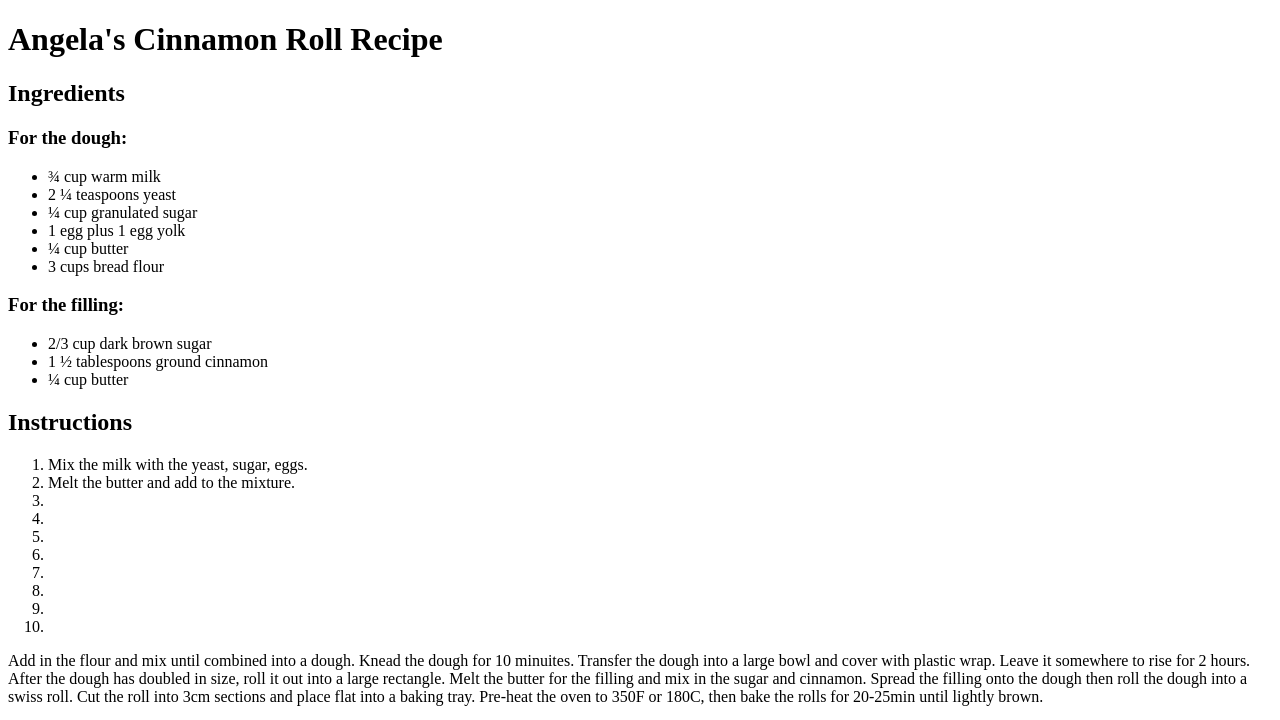
Repository: arzeee/Web_Course
Page: 3.0+List+Elements/3.0 List Elements/index.html
An editor plug-in stored every save of this project. The page is shown before and after a run of saves, followed by the edit.
The browser window is 1280 px wide. The pictures show the whole page.

Above is the page before, as saved 2024-12-01 17:53:51.

After the next 2 saves:
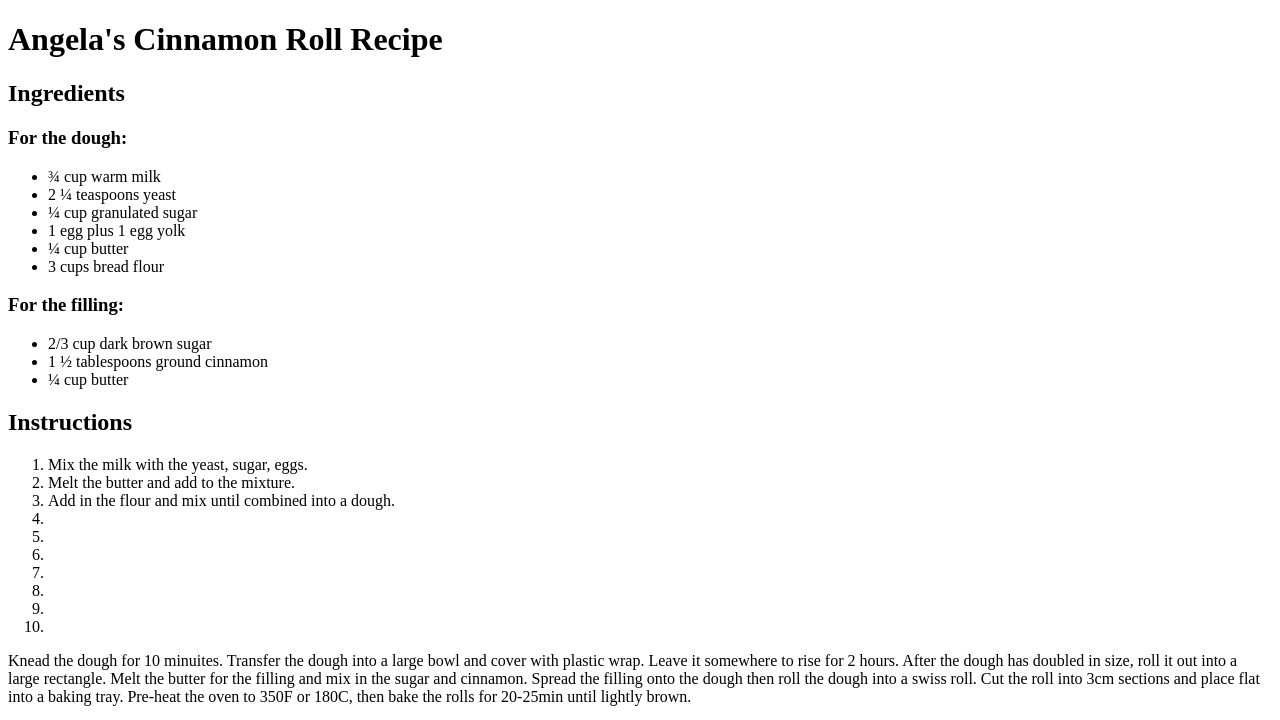
The 2 saves are shown as one change because they came seconds apart.
The last was saved 9 s later.
--- a/3.0+List+Elements/3.0 List Elements/index.html
+++ b/3.0+List+Elements/3.0 List Elements/index.html
@@ -31,7 +31,7 @@
     <ol>
         <li>Mix the milk with the yeast, sugar, eggs.</li>
         <li>Melt the butter and add to the mixture.</li>
-        <li></li>
+        <li>Add in the flour and mix until combined into a dough.</li>
         <li></li>
         <li></li>
         <li></li>
@@ -43,7 +43,7 @@
 </body>
 </html>
 
-Add in the flour and mix until combined into a dough.
+
 Knead the dough for 10 minuites.
 Transfer the dough into a large bowl and cover with plastic wrap. Leave it somewhere to rise for 2 hours.
 After the dough has doubled in size, roll it out into a large rectangle.
